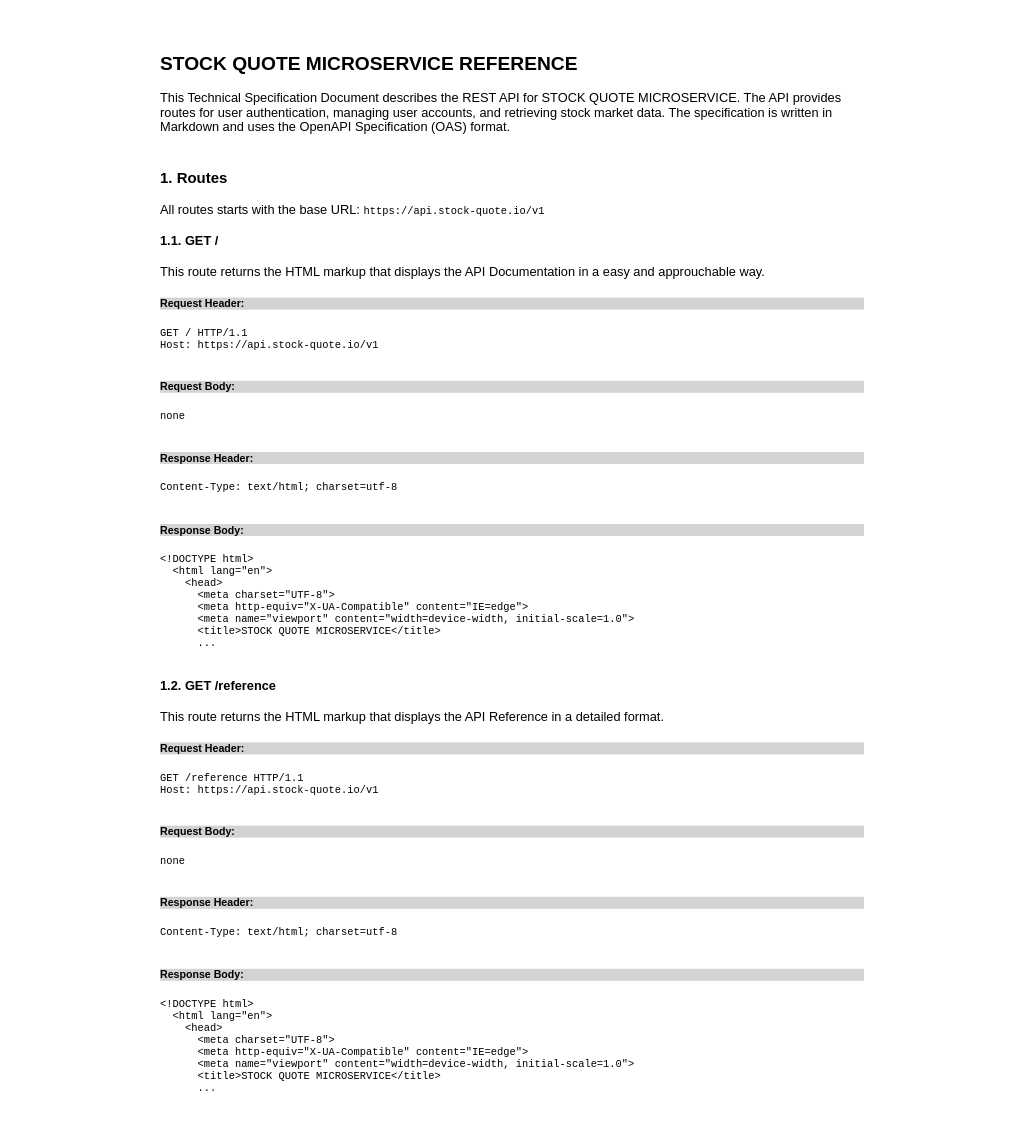
Repository: miguelamello/nest-js
Page: stock-service/reference.html
An editor plug-in stored every save of this project. The page is shown before and after the next save, followed by the edit.
The browser window is 1280 px wide. The pictures show the whole page, at 80% of full size.

Above is the page before, as saved 2023-04-03 13:53:33.

### stock-service/reference.html
<!DOCTYPE html>
<html lang="en">
<head>
  <meta charset="UTF-8">
  <meta http-equiv="X-UA-Compatible" content="IE=edge">
  <meta name="viewport" content="width=device-width, initial-scale=1.0">
  <title>STOCK QUOTE MICROSERVICE REFERENCE</title>
  <style>
    body {
      font-family: Arial, Helvetica, sans-serif;
      padding: 3% 15%;
    }
    h3 {
      margin-top: 5%;
    }
    H5 {
      padding: ;
      background-color: lightgrey;
    }
    pre {
      margin: 0;
      overflow: auto;
    }
  </style>
</head>
<body>
  <h2>STOCK QUOTE MICROSERVICE REFERENCE</h2>
  <p>
    This Technical Specification Document describes the REST API for STOCK QUOTE MICROSERVICE.
    The API provides routes for user authentication, managing user accounts, and retrieving stock market data.
    The specification is written in Markdown and uses the OpenAPI Specification (OAS) format.
  </p>

  <p>
    <h3>1. Routes</h3>
    <p>
      All routes starts with the base URL: <code>https://api.stock-quote.io/v1</code>
    </p>
  </p>

  <!-- 1.1. GET /  -->
  <p>
    <h4>1.1. GET /</h4>
    This route returns the HTML markup that displays the API
    Documentation in a easy and approuchable way.
  </p>
  <h5>Request Header:</h5>
  <pre>
GET / HTTP/1.1
Host: https://api.stock-quote.io/v1
  </pre>

  <h5>Request Body:</h5>
  <pre>
none
  </pre>

  <h5>Response Header:</h5>
  <pre>
Content-Type: text/html; charset=utf-8
  </pre>

  <h5>Response Body: </h5>

  <pre>
&lt;!DOCTYPE html&gt;
  &lt;html lang="en"&gt;
    &lt;head&gt;
      &lt;meta charset="UTF-8"&gt;
      &lt;meta http-equiv="X-UA-Compatible" content="IE=edge"&gt;
      &lt;meta name="viewport" content="width=device-width, initial-scale=1.0"&gt;
      &lt;title&gt;STOCK QUOTE MICROSERVICE&lt;/title&gt;
      ...
  </pre>

  <!-- 1.2. GET /reference  -->
  <p>
    <h4>1.2. GET /reference</h4>
    This route returns the HTML markup that displays the API
    Reference in a detailed format.
  </p>
  <h5>Request Header:</h5>
  <pre>
GET /reference HTTP/1.1
Host: https://api.stock-quote.io/v1
  </pre>

  <h5>Request Body:</h5>
  <pre>
none
  </pre>

  <h5>Response Header:</h5>
  <pre>
Content-Type: text/html; charset=utf-8
  </pre>

  <h5>Response Body: </h5>

  <pre>
&lt;!DOCTYPE html&gt;
  &lt;html lang="en"&gt;
    &lt;head&gt;
      &lt;meta charset="UTF-8"&gt;
      &lt;meta http-equiv="X-UA-Compatible" content="IE=edge"&gt;
      &lt;meta name="viewport" content="width=device-width, initial-scale=1.0"&gt;
      &lt;title&gt;STOCK QUOTE MICROSERVICE&lt;/title&gt;
      ...
  </pre>

</body>
</html>

After the next save:
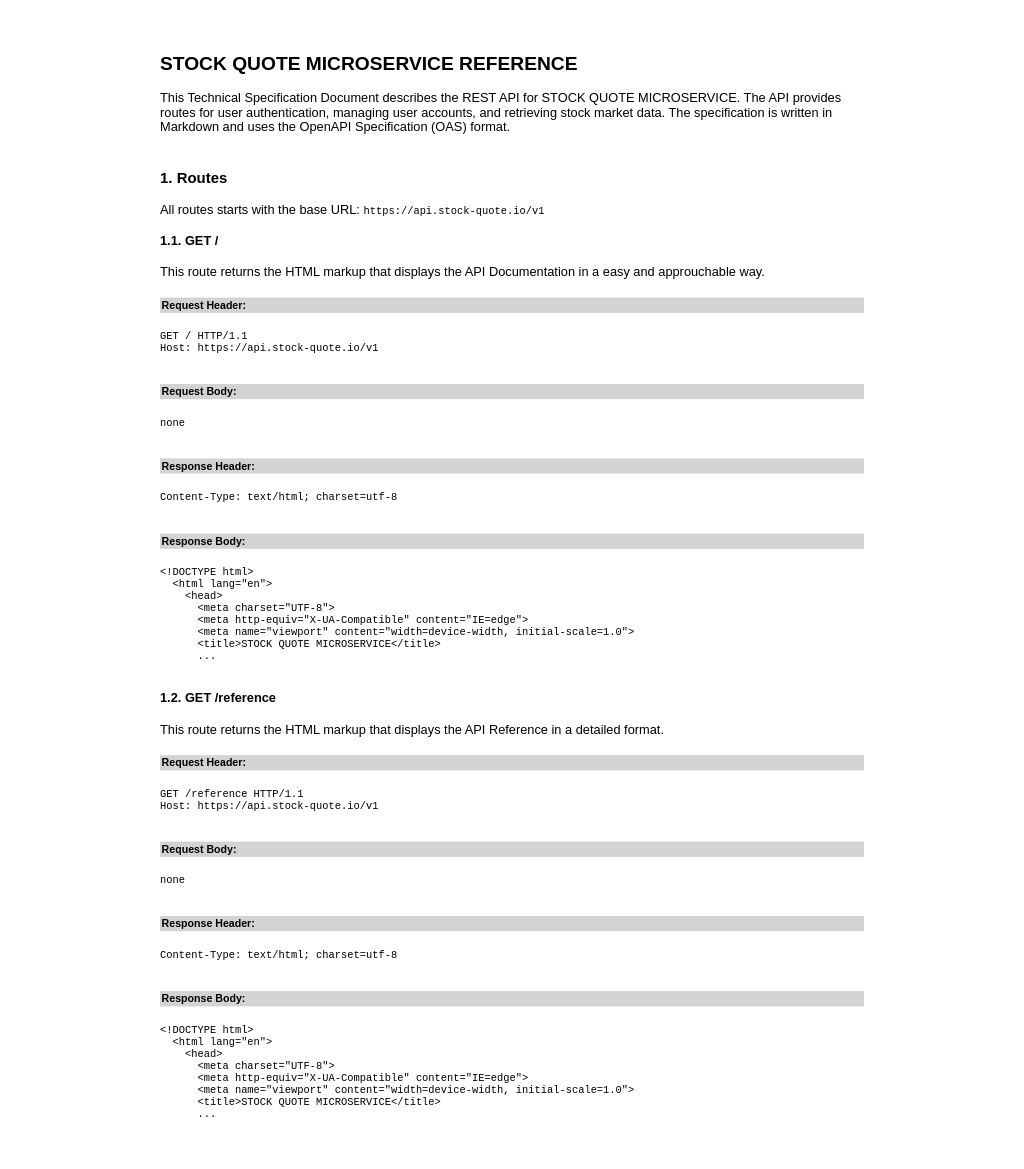
Saved 7 s later.
--- a/stock-service/reference.html
+++ b/stock-service/reference.html
@@ -14,7 +14,7 @@
       margin-top: 5%;
     }
     H5 {
-      padding: ;
+      padding: 2px;
       background-color: lightgrey;
     }
     pre {
